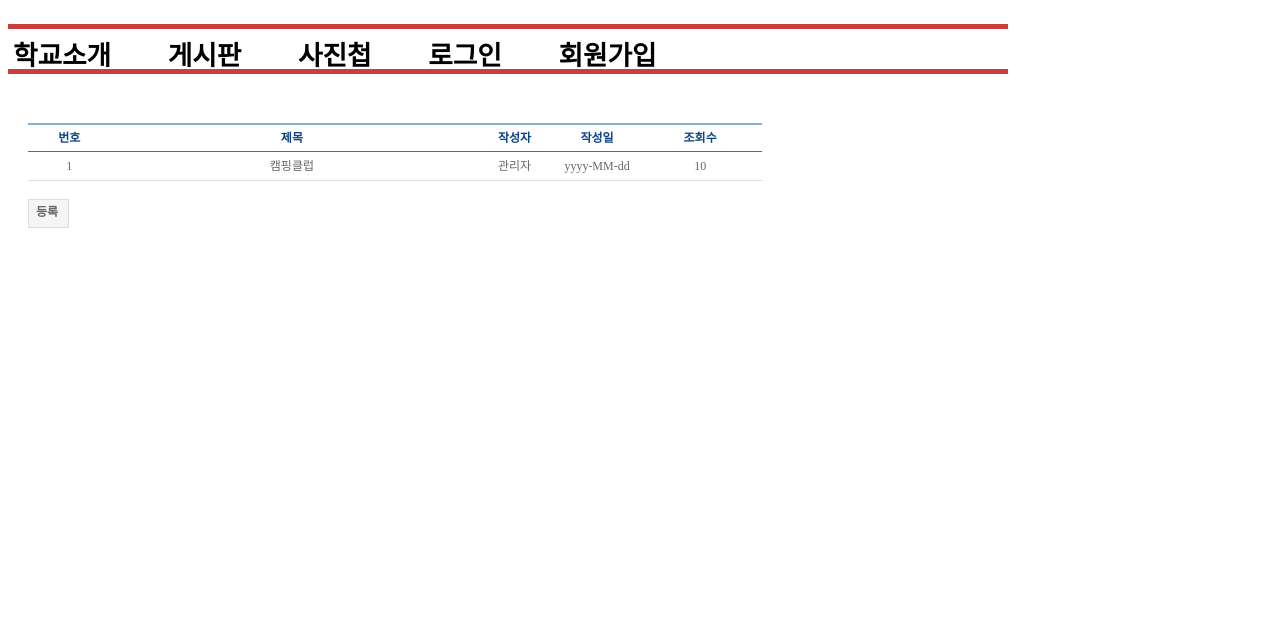
Repository: asaf0813/aisw
Page: java/이클립스/workspace/html/htmltest/WebContent/picture/list.html
These files come from the project's save history. The page is drawn as it stood at one moment and after the next save; the edit follows.
The browser window is 1280 px wide. The pictures show the part of the page from y = 158 to 777 px (the page is 777 px tall).

Above is the page before, as saved 2019-10-03 09:15:56.

After the next save:
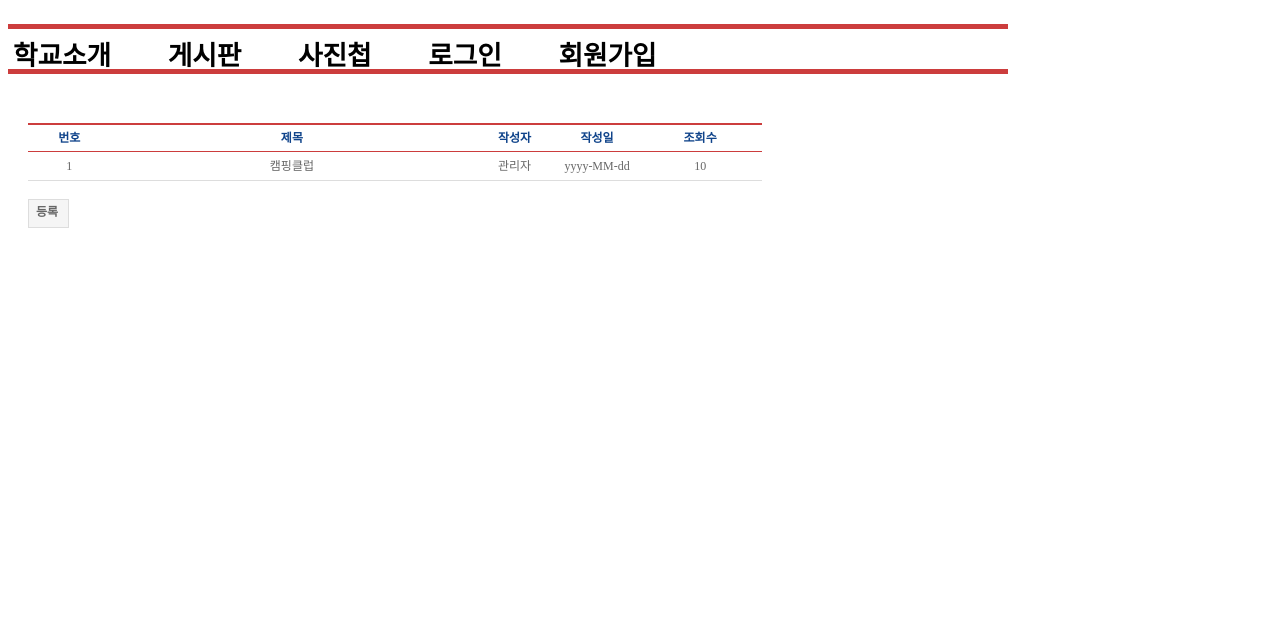
Saved 23 s later.
--- a/java/이클립스/workspace/html/htmltest/WebContent/picture/list.css
+++ b/java/이클립스/workspace/html/htmltest/WebContent/picture/list.css
@@ -64,7 +64,7 @@
 
 .default_tablestyle table th {
     border-bottom: 1px solid #CC3D3D;
-    border-top: 2px solid #81B1D5;
+    border-top: 2px solid #CC3D3D;
     color:#0f438a;
     height: 26px;
 }
